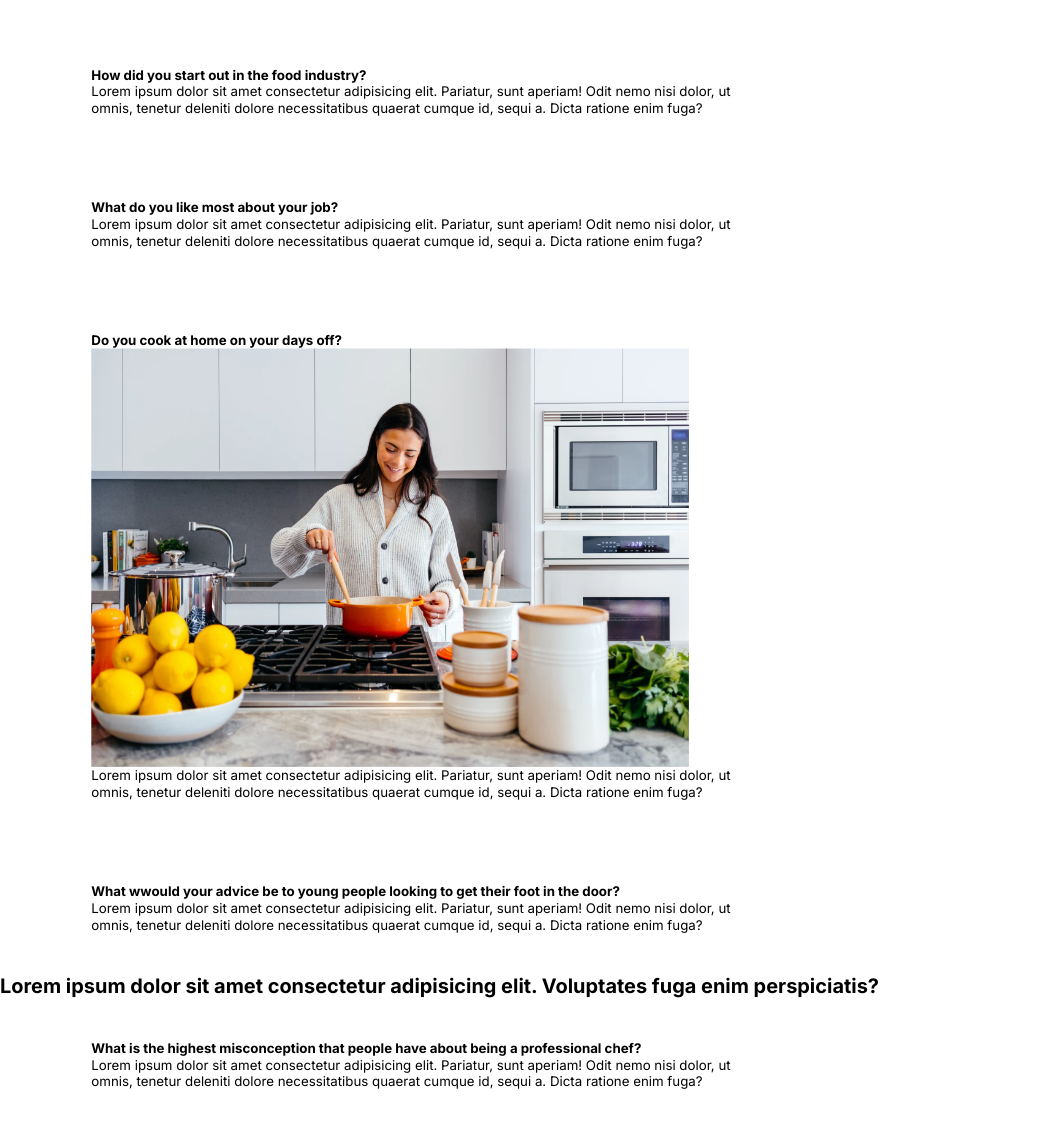
Repository: SolomonChinonso/Advanced-html-and-css-project
Page: blog.html
The author's editor kept a copy of each file at every save. The page is drawn from the files as they stood at one save, then again after a run of saves.
The browser window is 1280 px wide. The pictures show the part of the page from y = 1171 to 2534 px (the page is 2534 px tall), at 83% of full size.

Above is the page before, as saved 2026-04-19 01:27:22.

### blog.html
<!DOCTYPE html>
<html lang="en">
<head>
    <meta charset="UTF-8">
    <meta name="viewport" content="width=device-width, initial-scale=1.0">
    <title>Document</title>
    <link rel="stylesheet" href="style.css">
    <link href="https://fonts.googleapis.com/css2?family=Lobster&display=swap" rel="stylesheet">
    <link href="https://fonts.googleapis.com/css2?family=Inter:wght@400;500;600;700&display=swap" rel="stylesheet">
</head>
<body>
    <header>
        <strong class="logo">Foodieland<em class="dot">.</em></strong>
        <nav>

            <ul>
                <li><a href="#">Home</a></li>
                <li><a href="#">Recipes</a></li>
                <li><a href="#">Blog</a></li>
                <li><a href="#">Contact</a></li>
                <li><a href="#">About Us</a></li>
            </ul>

        </nav>
        <section class="social-handles">
                <a href="#"><img src="./social-icons/001-facebook.png" alt="facebook" id="fb"></a>

                <a href="#"><img src="./social-icons/003-twitter.png" alt=""></a>

                <a href="#"><img src="./social-icons/004-instagram.png" alt=""></a>
        </section>
    </header>

    <section class="blog-section">
        <h1 class="blog-header">
            Full Guide to Becoming a Professional Chef
        </h1>

        <div class="editor">
            <div class="editor-profile">
                <img src="./social-icons/Ellipse 2 (1).png" alt="">
                <strong>John Smith</strong>
            </div>

            <div class="editor-date">
                <p>15 March 2022</p>
            </div>
        </div>

        <p class="head-text">
            Lorem, ipsum dolor sit amet consectetur adipisicing elit. Libero molestiae optio sit placeat perferendis in, rem quo adipisci soluta ipsam? Rerum, est autem.
        </p>

        <div class="dry-kitchen">
            <img src="./images/dry-kitchen.png" alt="">
        </div>
    </section>

    <main class="main-blog">
        <div class="query-section">
            <div class="query">
                <h4>
                    How did you start out in the food industry?
                </h4>
                <p>Lorem ipsum dolor sit amet consectetur adipisicing elit. Pariatur, sunt aperiam! Odit nemo nisi dolor, ut omnis, tenetur deleniti dolore necessitatibus quaerat cumque id, sequi a. Dicta ratione enim fuga?</p>
            </div>

            <div class="query">
                <h4>
                    What do you like most about your job?
                </h4>
                <p>Lorem ipsum dolor sit amet consectetur adipisicing elit. Pariatur, sunt aperiam! Odit nemo nisi dolor, ut omnis, tenetur deleniti dolore necessitatibus quaerat cumque id, sequi a. Dicta ratione enim fuga?</p>
            </div>

            <div class="query">
                <h4>
                    Do you cook at home on your days off?
                </h4>

                <img src="./images/wet-kitchen.png" alt="">
                <p>Lorem ipsum dolor sit amet consectetur adipisicing elit. Pariatur, sunt aperiam! Odit nemo nisi dolor, ut omnis, tenetur deleniti dolore necessitatibus quaerat cumque id, sequi a. Dicta ratione enim fuga?</p>
            </div>

            <div class="query">
                <h4>
                    What wwould your advice be to young people looking to get their foot in the door?
                </h4>
                <p>Lorem ipsum dolor sit amet consectetur adipisicing elit. Pariatur, sunt aperiam! Odit nemo nisi dolor, ut omnis, tenetur deleniti dolore necessitatibus quaerat cumque id, sequi a. Dicta ratione enim fuga?</p>
            </div>

            <div class="action">
                <h2>
                    Lorem ipsum dolor sit amet consectetur adipisicing elit. Voluptates fuga enim perspiciatis?
                </h2>
            </div>

            <div class="query">
                <h4>
                    What is the highest misconception that people have about being a professional chef?
                </h4>
                <p>Lorem ipsum dolor sit amet consectetur adipisicing elit. Pariatur, sunt aperiam! Odit nemo nisi dolor, ut omnis, tenetur deleniti dolore necessitatibus quaerat cumque id, sequi a. Dicta ratione enim fuga?</p>
            </div>
        </div>
    </main>
</body>
</html>

### style.css
* {
  margin: 0;
  padding: 0;
  box-sizing: border-box;
}

body {
  width: 100%;
  font-family: Inter, sans-serif;
  background-color: #ffffff;
}

header {
  display: flex;
  justify-content: space-between;
  align-items: center;
  padding: 15px 20px;
  border-bottom: 1px solid #e5e7eb;

}

.logo {
  font-family: Lobster, cursive;
  font-size: 24px;
  font-weight: 400;
}

.dot {
  color: rgb(251, 207, 47);
}

nav ul {
  display: flex;
  align-items: center;
  gap: 35px;
  list-style: none;
}

nav ul li a {
  text-decoration: none;
  color: #000;
  font-size: 14px;
  font-weight: 500;
  transition: color 0.3s ease;
}

nav ul li a:hover {
  color: #f59e0b;
}
nav ul li a:active{
    color: rgb(206, 128, 128);
}
nav ul li a:focus{
    color: rgb(181, 12, 12);
}
.social-handles {
  display: flex;
  align-items: center;
  gap: 35px;

}

.social-handles a img {
  width: 20px;
  height: 20px;
}

.social-handles a #fb{
    width: 10px;
  height: 20px;
}

.banner {
  display: flex;
  justify-content: center;
  align-items: center;
  width: 100%;
  max-width: 1300px;
  margin: 30px auto;
  position: relative;
  padding: 0 20px;
}

.badge {
  position: absolute;
  top: 5%;
  left: 50%;
  z-index: 1;
}

.badge img {
  width: 120px;
}

.banner-section {
  display: flex;
  border-radius: 40px;
  overflow: hidden;
  min-height: 600px;
}

.details,
.banner-img {
  flex: 1;
  width: 55%;
}


.details {
  background-color: #e7fafe;
  padding: 40px;
  display: flex;
  flex-direction: column;
  justify-content: center;

}

.hot-recipe {
  display: inline-flex;
  align-items: center;
  gap: 10px;
  background-color: #fff;
  padding: 12px 20px;
  border-radius: 30px;
  box-shadow: 0 4px 10px rgba(0, 0, 0, 0.08);
  font-size: 14px;
  font-weight: 600;
  width: fit-content;
}

.details h1 {
  font-size: 56px;
  line-height: 1.1;
  margin: 30px 0 20px;
  color: #000;
}

.details p {
  font-size: 16px;
  line-height: 1.8;
  color: #555;
  margin-bottom: 30px;
}

.timer-utensils {
  display: flex;
  gap: 20px;
  flex-wrap: wrap;
  margin-bottom: 40px;
}

.timer-utensils span {
  display: flex;
  align-items: center;
  gap: 10px;
  background-color: rgba(0, 0, 0, 0.06);
  padding: 10px 18px;
  border-radius: 30px;
  font-size: 14px;
}

.author-profile {
  display: flex;
  align-items: center;
  gap: 20px;
  margin-top: auto;
  flex-wrap: wrap;
}

.author-profile > span:first-child img {
  width: 50px;
  height: 50px;
}

.author-details {
  display: flex;
  flex-direction: column;
  justify-content: center;
  gap: 5px;
}

.author-details strong {
  font-size: 16px;
}

.author-details p {
  margin: 0;
  font-size: 14px;
  color: #888;
}

.viewRecipe button {
  display: flex;
  align-items: center;
  gap: 10px;
  background-color: #000;
  color: #fff;
  border: none;
  border-radius: 12px;
  padding: 15px 24px;
  font-size: 14px;
  font-weight: 500;
  cursor: pointer;
  transition: background-color 0.3s ease;
    margin-left: 90px;
}

button:hover {
  background-color: #333;
}

.banner-img img {
  width: 100%;
  height: 100%;
  object-fit: cover;
}

.category{
  display: flex;
  flex-direction: column;
  margin: 75px 30px;
}
.category-header{
    display: flex;
    justify-content: space-between;
    align-items: center;
     margin: 75px 30px;
}
.category-menus{
    display: flex;
    justify-content: space-around;
    flex-wrap: wrap;

}
.category-header h2{
    font-size: 50px;
    font-weight: 600;
}
.category-header button{
    padding: 15px 25px;
    background-color: #e7fafe;
    font-size: 15px;
    font-weight: 600;
    border-radius: 10px;
    border: none;
    cursor: pointer;

}

.category-menus div{
    padding: 30px;
    border-radius: 30px;
    text-align: center;
    font-weight: 600;

}

.category-menus div img{
    display: flex;
    margin-bottom: 30px;
}
.category-menus div:nth-child(1){
    background: linear-gradient(to top, #dae0cc, WHITE);
}
.category-menus div:nth-child(2){
    background: linear-gradient(to top, #e5f0df, WHITE);
}
.category-menus div:nth-child(3){
    background: linear-gradient(to top, #f1eae9, WHITE);
}
.category-menus div:nth-child(4){
    background: linear-gradient(to top, #f6f0e5, WHITE);
}
.category-menus div:nth-child(5){
    background: linear-gradient(to top, #f0e6e6, WHITE);
}
.category-menus div:nth-child(6){
    background: linear-gradient(to top, #f1eaea, WHITE);
}

.card img{
    width: 100%;
    height: 200px;
    object-fit: cover;
    border-radius: 10px;
}

.advert-section{
    display: flex;
    flex-direction: column;
    flex-wrap: wrap;
    justify-content: center;
    align-items: center;
    text-align: center;
}
.cards{
    display: flex;
    justify-content: center;
    align-items: center;
    flex-wrap: wrap;
    gap: 15px;
}

.card-layout{
    position: relative;
    flex: 0  calc(33.333% - 20px);
    box-sizing: border-box;
    background: linear-gradient(to top, #e7fafe, white );
    padding: 10px;
    border-radius: 20px;
    text-align: left;
}
.card-layout .timer-utensils span{
    display: flex;
    background: none;
    justify-content: left;
    padding: 0;
    padding-top: 30px;
}
.card-layout .vector{
    display: flex;
    background: white;
    padding: 10px;
    border-radius: 50%;
    position: absolute;
    right: 20px;
    top: 30px;
}
 .advert-section h1{
    margin: 50px 50px 0;
}
.advert-section .advert-text{
    width: 50%;
    padding: 30px 0 70px 0;
    line-height: 30px;
}
.card-layout .green-card{
    background: none;
}
.info{
    display: flex;
    flex-direction: column;
    flex-wrap: wrap;
    justify-content: center;
    margin-top: 100px;
    align-items: center;
     padding: 20px;
}


.learn-more{
    display: flex;
    position: relative;
}
.info-left, .info-right{
    display: flex;
    flex-direction: column;
    justify-content: center;
    /* border: 1px solid black; */
    height: 600px;
    flex-wrap: wrap;
    flex: 1;
   align-items: center;
}
.info-left{
    padding-top: 100px;
}

.info-left h1{
    font-size: 42px;
    width: 500px;
    word-spacing: 5px;
    margin-bottom: 30px;
}
.info-left p{
    font-size: 15px;
    word-spacing: 5px;
    line-height: 30px;
}
.info-left button{
    width: 30%;
    justify-content: center;
    align-items: center;
    text-align: center;
    margin-top: 100px;
    padding: 10px 30px;
    background-color: #000;
    color: white;
    border-radius: 10px;
}

.instagram-section{
    display: flex;
    flex-direction: column;
    text-align: center;
    align-items: center;
    background: linear-gradient(to top, #e7fafe, white);
    /* border: 5px solid red; */
    height: 1050px;
    width: 100%;
    padding: 120px 0;
}
.instagram-section h1{
    padding-bottom: 50px;
}
.instagram-section p{
    width: 70%;
    text-align: center;
    /* padding-bottom: 100px; */
}
button{
    cursor: pointer;
}

.insta-img img{
    width: 100%;
    object-fit: cover;
    height: 300px;
    position: relative;

}
.insta-img p{
    position: absolute;
    top: 90px;
    z-index: 1;
    left: 225px;
    background-color: rgb(70, 68, 68);
    width: 38px;
    padding: 5px;
    border-radius: 15px;
    color: white;
}

.insta-header{
    display: flex;
    flex-direction: row;
    position: relative;
}
.insta-header .logo{
    font-size: 6px;
    background-color: #000;
    color: white;
    padding: 20px 10px;
    border-radius: 50%;
    /* position: absolute; */
}
.insta-cards{
    display: flex;
    flex-direction: row;
    margin-top: 100px;
    /* flex-wrap: wrap; */
    justify-content: space-between;
    align-items: center;
    gap: 20px;
}
.insta-card{
    position: relative;
    width: 280px;
    height: 540px;
    /* border: 4px solid black; */
    background-color: white;
}
.jots{
    display: flex;
    flex-direction: row;
    gap: 20px;
    justify-content: center;
    align-items: center;

}
.insta-header{
    display: flex;
    justify-content: space-between;
    padding: 8px;
}
.japan{
    line-height: 20px;
}
.japan p{
    font-size: 13px;

}
.japan h6{
    font-size: 15px;
}
.insta-header button{
    font-size: 30px;
    display: flex;
    text-align: center;
    background: none;
    border: none;
}
.shapes{
    display: flex;
    justify-content: space-between;
    padding: 10px;
}
.insta-footer button{
    width: 30px;
    font-weight: 600;
    /* font-size: x-large; */
    display: flex;
    text-align: start;
    position: relative;
    top: -5px;
    background: none;
    border: none;
    justify-content: flex-start;
}
.insta-footer button em{
    color: #456ec4;
}
.follower-section .follower-details{
    display: flex;
}
.follower-details img{
    width: 8%;
    height: 8%;
    border-radius: 50%;
}
.follower-details{
    padding: 0px;
}
.follower-details p{
    font-size: 12px;
    width: 100%;
    padding: 0 0 20px 0;
}
.follower-section{
    display: flex;
    flex-direction: column;
    flex-wrap: wrap;
    justify-content: center;
    align-items: center;
    text-align: center;
    padding: 10px;
}
.follower-section p{
   text-align: left;
    width: 100%;
    font-size: 12px;
    gap: 20px;
}
.follower-section .date{
    padding: 20px 0;
    color: grey;
}
.insta-btn{
    display: flex;
    margin-top: 50px;
    padding: 14px 14px;
    text-align: center;
    gap: 20px;
    font-size: 15px;
    border-radius: 10px;
    background-color: #000;
    color: white;
    align-items: center;
    margin: 30px;
}
.insta-btn img{
    color: white;
    z-index: 2;
}
.recipe-section{
    /* border: 2px solid red; */
}
.recipe-header{
    display: flex;
    margin: 100px 10px 50px 10px;
    justify-content: left;
    align-items: center;
    gap: 50px;
}
.recipe-header h1{
    font-size: 55px;
}
.recipe-cards{
    display: flex;
    justify-content: center;
    align-items: center;
    flex-wrap: wrap;
    gap: 10px;
    /* border: 2px solid black; */
}
.recipe-section .recipe-cards .card-layout{
    width: 100%;
    background: none;
    flex: 0 0 calc(25% - 10px);
}
.comment-section{
    display: flex;
    flex-wrap: wrap;

    text-align: center;
    padding: 40px 0 0 0;
    background-color: #e5fafe;
    border-radius: 20px;
    overflow: hidden;
    margin: 10px;
}
.comment-section .comment-info{
    display: flex;
    flex-direction: column;
    justify-content: center;
    text-align: center;
    padding-top: 30px;
    font-size: 15px;

   line-height: 50px;
}

.comment-box{
    display: flex;
    flex-direction: row;
    justify-content: space-between;

}
.comment-box img{
    width: 10%;
    object-fit: cover;
}
.input-section{
    display: flex;
    background-color: white;
    height: 40px;
    padding: 20px;
    border-radius: 10px;
    justify-content: center;
    text-align: center;
    align-items: center;
}
.input-section input{
    padding: 12px;
    border: none;

}

.input-section button{
    display: flex;
    text-align: center;
    padding: 8px 20px;

    background-color: #000;
    color: white;
    border-radius: 10px;
}
.comment-box :nth-child(1){
    transform: translate(0px, 10px)rotate(30deg)scale(1.5);
}

.footer-section{
    display: flex;
    justify-content: space-between;
    margin: 150px 10px 50px 10px;
     border-bottom: 1px solid grey;
     flex-wrap: wrap;
}
.footer-left p{
    font-size: 12px;
    line-height: 50px;
}
.footer-section ul{
    display: flex;
    gap: 40px;
}
.footer-section ul li{
    list-style: none;

}
.footer-section ul li a{
    text-decoration: none;
    color: black;
    font-weight: 600;
    font-size: 14px;
}
footer{
    display: flex;
    justify-content: space-between;
    align-items: center;
     margin: 0 10px 30px 10px;

}
footer:nth-child(2){
    justify-content: flex-end;
}

footer p strong{
    font-weight: 400;
    color: red;
}

.blog-section{
    display: flex;
    justify-content: center;
    flex-direction: column;
    align-items: center;
}
.blog-header{
    font-size: 50px;
    padding: 100px 20px 40px 20px;
}
.editor-profile{
    display: flex;
    justify-content: center;
    align-items: center;
    gap: 20px;
    padding: 5px 80px;
    border-right: 1px solid gray;
}
.editor{
    display: flex;
    justify-content: center;
    align-items: center;

}
.editor-date{
    margin-left: 30px;
    color: gray;
}
.head-text{
    width: 80%;
    text-align: center;
    line-height: 30px;
    margin-top: 40px;
}
.dry-kitchen img{
    display: flex;
    width: 90vw;
    height: 100vh;
    object-fit: cover;
    margin: 30px 10px;
    border-radius: 20px;
}
.query{
    display: flex;
    flex-direction: column;
    padding: 50px 60px;
    justify-content: center;
    align-items: conter;
    width: 70%;
    margin-left: 50px;
}
.query img{
    width: 100vh;
    height: 70vh;

}

After the next 2 saves:
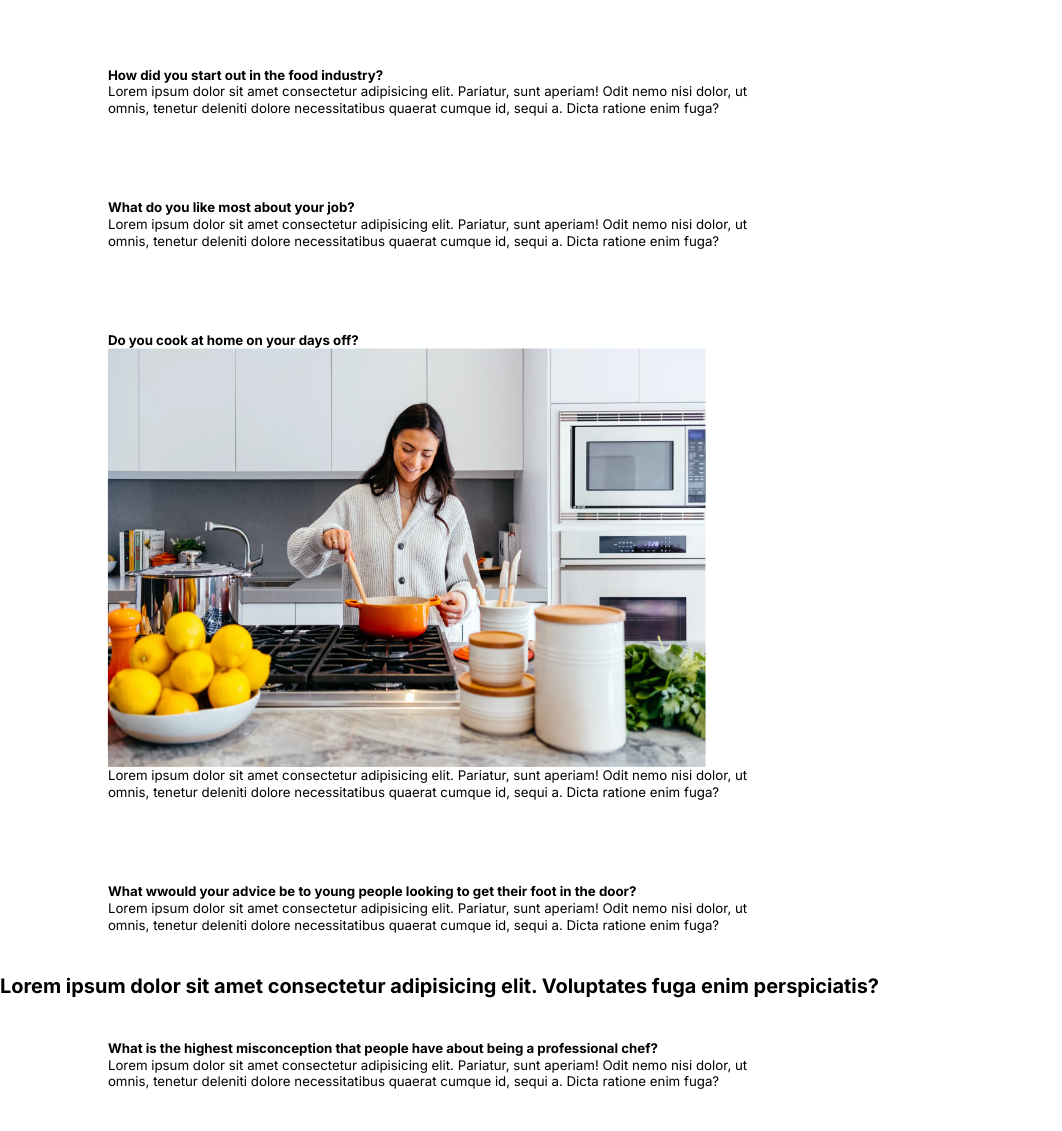
The 2 saves are shown as one change because they came seconds apart.
The last was saved 18 s later.
--- a/style.css
+++ b/style.css
@@ -739,7 +739,7 @@ footer p strong{
     justify-content: center;
     align-items: conter;
     width: 70%;
-    margin-left: 50px;
+    margin-left: 70px;
 }
 .query img{
     width: 100vh;
